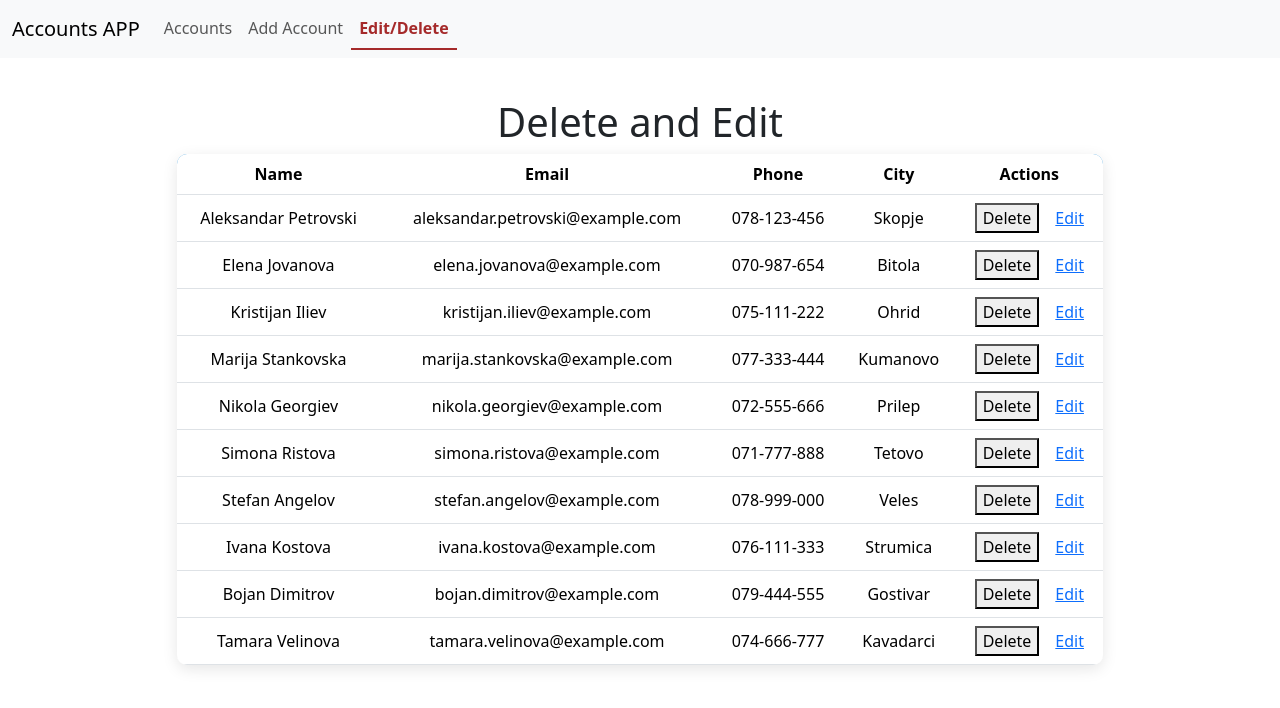
Repository: gonde-974/React-CRUD
Page: /edit (app in react crud/)
These files come from the project's save history. The page is drawn as it stood at one moment and after the next save; the edit follows.
The browser window is 1280 px wide. The pictures show the whole page.
The project was rebuilt for these pictures with package versions that can differ from the ones it lists, and the page was loaded fresh each time. Also part of the build but not shown: react crud/vite.config.js, react crud/src/pages/AccountsPage.jsx, react crud/src/pages/AddAcountPage.jsx, react crud/src/pages/EditOnePage.jsx.

Above is the page before, as saved 2025-04-21 21:37:10.

### react crud/index.html
<!doctype html>
<html lang="en">

<head>
  <meta charset="UTF-8" />
  <link rel="icon" type="image/svg+xml" href="/vite.svg" />
  <meta name="viewport" content="width=device-width, initial-scale=1.0" />
  <title>CRUD in REACT</title>
</head>

<body>
  <div id="root"></div>
  <script type="module" src="/src/main.jsx"></script>
</body>

</html>

### react crud/src/main.jsx
import { StrictMode } from 'react'
import { createRoot } from 'react-dom/client'
import './index.css'

import { RouterProvider } from 'react-router-dom'
import router from "./router";

import 'bootstrap/dist/css/bootstrap.css'


createRoot(document.getElementById('root')).render(
  <StrictMode>
    <RouterProvider router={router} />
  </StrictMode>,
)

### react crud/src/index.css
.navbar-nav .nav-link.active {
  color: brown !important;
  font-weight: bold;
  border-bottom: 2px solid brown;
}

/* AccountsPage.css */

.container {
  margin-top: 40px;
}

h1 {
  text-align: center;
  margin-bottom: 30px;
  color: #2c3e50;
  font-weight: bold;
}

.table {
  background-color: #ffffff;
  border-radius: 10px;
  overflow: hidden;
  box-shadow: 0 4px 15px rgba(0, 0, 0, 0.1);
}

.table thead {
  background-color: #3498db;
  color: white;
}

.table th,
.table td {
  padding: 15px;
  vertical-align: middle;
  text-align: center;
}

.table tbody tr:nth-child(even) {
  background-color: #f2f2f2;
}

.table tbody tr:hover {
  background-color: #e0f7fa;
  cursor: pointer;
  transition: 0.3s;
}

### react crud/src/router/index.jsx
import { createBrowserRouter } from "react-router-dom";
import MainLayout from "../layouts/MainLayout";
import AccountsPage from "../pages/AccountsPage";
import AddAcountPage from "../pages/AddAcountPage";
import EditAccountPage from "../pages/EditAccountPage";
import EditOnePage from "../pages/EditOnePage";


const router = createBrowserRouter([
    {
        path: '/',
        element: <MainLayout />,
        children: [
            {
                path: "/", element: <AccountsPage />

            },
            {
                path: "add",
                element: <AddAcountPage />
            },
            {
                path: "edit",
                element: <EditAccountPage />
            },
            {
                path: "editone",
                element: <EditOnePage />
            }
        ]
    }
])

export default router;

### react crud/src/layouts/MainLayout.jsx
import React, { useState } from 'react'
import MainNavbarComponent from '../components/MainNavbarComponent'
import { Outlet } from 'react-router-dom'
import fake_data from '../fake_data.json'

function MainLayout() {

    const [accounts, setAccounts] = useState(fake_data)


    return (
        <div>
            <MainNavbarComponent />
            <Outlet context={[accounts, setAccounts]} />
        </div>
    )
}

export default MainLayout

### react crud/src/pages/EditAccountPage.jsx
import React from 'react'
import { Link } from 'react-router-dom';
import { useOutletContext } from 'react-router-dom'

function EditAccountPage() {

    const [accounts, setAccounts] = useOutletContext();

    const deleteAccount = currentId => {
        setAccounts(prevAccounts => {
            console.log(prevAccounts);

            return prevAccounts.filter(el => el.id != currentId)
        })
    }
    return (
        <div className='container'>
            <h1>
                Delete and Edit
            </h1>
            <div className='row'>
                <div className='col-10 offset-1'>
                    <table className='table'>
                        <thead>
                            <tr>
                                <th>Name</th>
                                <th>Email</th>
                                <th>Phone</th>
                                <th>City</th>
                                <th>Actions</th>
                            </tr>
                        </thead>

                        <tbody>
                            {accounts.map(acc => {
                                return (
                                    <tr key={acc.id}>
                                        <td>{acc.ime}</td>
                                        <td>{acc.email}</td>
                                        <td>{acc.phone}</td>
                                        <td>{acc.city}</td>
                                        <td>
                                            <button onClick={() => deleteAccount(acc.id)}>Delete</button>
                                            <Link to="/editone" state={{ id: acc.id }} className='ms-3'>Edit</Link>


                                        </td>

                                    </tr>
                                )
                            })}
                        </tbody>
                    </table>
                </div>
            </div>
        </div>
    )
}

export default EditAccountPage

### react crud/src/components/MainNavbarComponent.jsx
import React from 'react';
import { NavLink } from 'react-router-dom';

function MainNavbarComponent() {
    return (
        <nav className="navbar navbar-expand-lg navbar-light bg-light">
            <div className="container-fluid">
                <NavLink className={({ isActive }) => "navbar-brand" + (isActive ? " active" : "")} to="/">Accounts APP</NavLink>
                <button className="navbar-toggler" type="button" data-bs-toggle="collapse" data-bs-target="#navbarNav" aria-controls="navbarNav" aria-expanded="false" aria-label="Toggle navigation">
                    <span className="navbar-toggler-icon"></span>
                </button>
                <div className="collapse navbar-collapse" id="navbarNav">
                    <ul className="navbar-nav">
                        <li className="nav-item">
                            <NavLink
                                to="/"
                                className={({ isActive }) => "nav-link" + (isActive ? " active" : "")}
                                aria-current="page"
                            >
                                Accounts
                            </NavLink>
                        </li>
                        <li className="nav-item">
                            <NavLink
                                to="/add"
                                className={({ isActive }) => "nav-link" + (isActive ? " active" : "")}
                            >
                                Add Account
                            </NavLink>
                        </li>
                        <li className="nav-item">
                            <NavLink
                                to="/edit"
                                className={({ isActive }) => "nav-link" + (isActive ? " active" : "")}
                                tabIndex="-1"
                                aria-disabled="true"
                            >
                                Edit/Delete
                            </NavLink>
                        </li>
                    </ul>
                </div>
            </div>
        </nav>
    );
}

export default MainNavbarComponent;

### react crud/src/fake_data.json
[
  {
    "id": 1,
    "ime": "Aleksandar Petrovski",
    "email": "aleksandar.petrovski@example.com",
    "phone": "078-123-456",
    "city": "Skopje"
  },
  {
    "id": 2,
    "ime": "Elena Jovanova",
    "email": "elena.jovanova@example.com",
    "phone": "070-987-654",
    "city": "Bitola"
  },
  {
    "id": 3,
    "ime": "Kristijan Iliev",
    "email": "kristijan.iliev@example.com",
    "phone": "075-111-222",
    "city": "Ohrid"
  },
  {
    "id": 4,
    "ime": "Marija Stankovska",
    "email": "marija.stankovska@example.com",
    "phone": "077-333-444",
    "city": "Kumanovo"
  },
  {
    "id": 5,
    "ime": "Nikola Georgiev",
    "email": "nikola.georgiev@example.com",
    "phone": "072-555-666",
    "city": "Prilep"
  },
  {
    "id": 6,
    "ime": "Simona Ristova",
    "email": "simona.ristova@example.com",
    "phone": "071-777-888",
    "city": "Tetovo"
  },
  {
    "id": 7,
    "ime": "Stefan Angelov",
    "email": "stefan.angelov@example.com",
    "phone": "078-999-000",
    "city": "Veles"
  },
  {
    "id": 8,
    "ime": "Ivana Kostova",
    "email": "ivana.kostova@example.com",
    "phone": "076-111-333",
    "city": "Strumica"
  },
  {
    "id": 9,
    "ime": "Bojan Dimitrov",
    "email": "bojan.dimitrov@example.com",
    "phone": "079-444-555",
    "city": "Gostivar"
  },
  {
    "id": 10,
    "ime": "Tamara Velinova",
    "email": "tamara.velinova@example.com",
    "phone": "074-666-777",
    "city": "Kavadarci"
  }
]

After the next save:
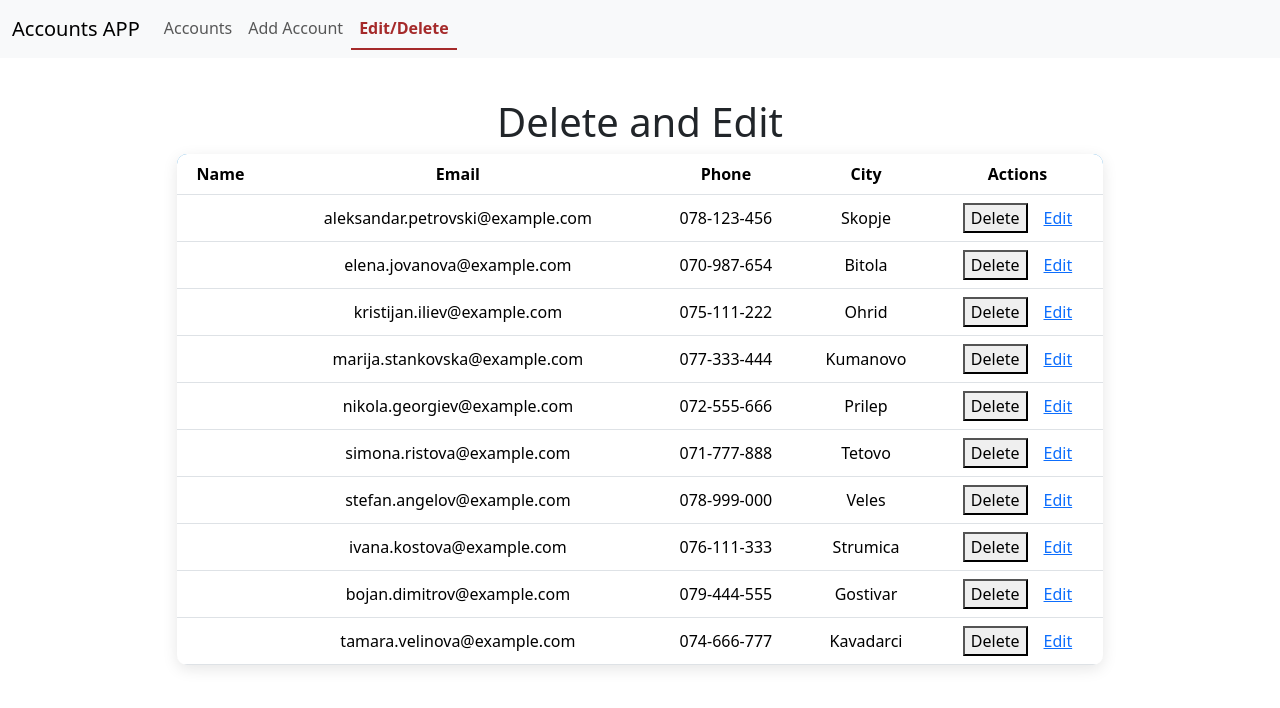
Saved 29 s later.
--- a/react crud/src/pages/EditAccountPage.jsx
+++ b/react crud/src/pages/EditAccountPage.jsx
@@ -35,7 +35,7 @@ function EditAccountPage() {
                             {accounts.map(acc => {
                                 return (
                                     <tr key={acc.id}>
-                                        <td>{acc.ime}</td>
+                                        <td>{acc.name}</td>
                                         <td>{acc.email}</td>
                                         <td>{acc.phone}</td>
                                         <td>{acc.city}</td>
